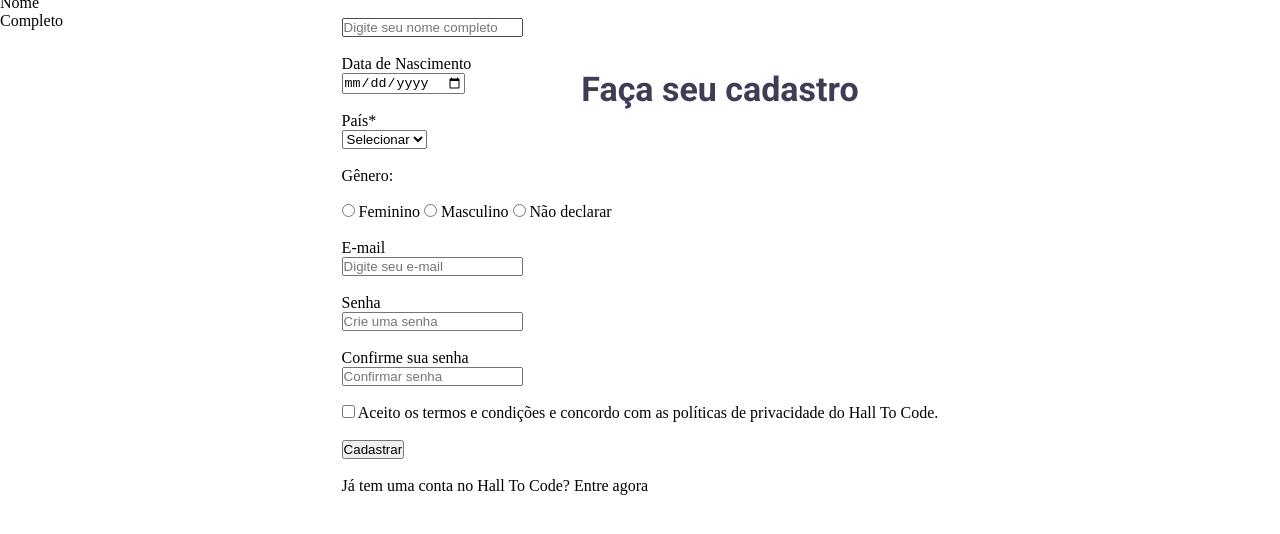
Repository: RenatoCCS/formularios
Page: cadastro.html
These files come from the project's save history. The page is drawn as it stood at one moment and after the next save; the edit follows.
The browser window is 1280 px wide. The pictures show the whole page.

Above is the page before, as saved 2023-03-21 15:19:20.

After the next save:
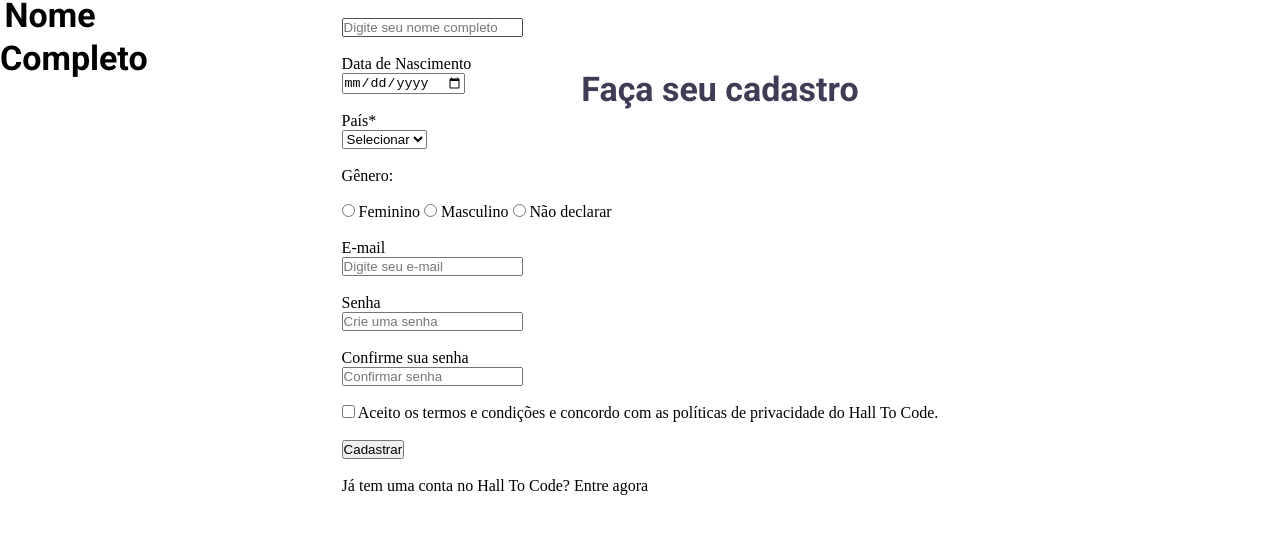
Saved 2 min 8 s later.
--- a/style.css
+++ b/style.css
@@ -38,4 +38,10 @@
   height: 24px;
   left: 0px;
   top: -6px;
+  font-family: var(--fonte-primaria);
+  font-style: normal;
+  font-weight: 700;
+  font-size: 34px; /*o indicado é 37px, mas se mantem quebra a linha*/
+  line-height: 43px;
+  text-align: center;
 }
